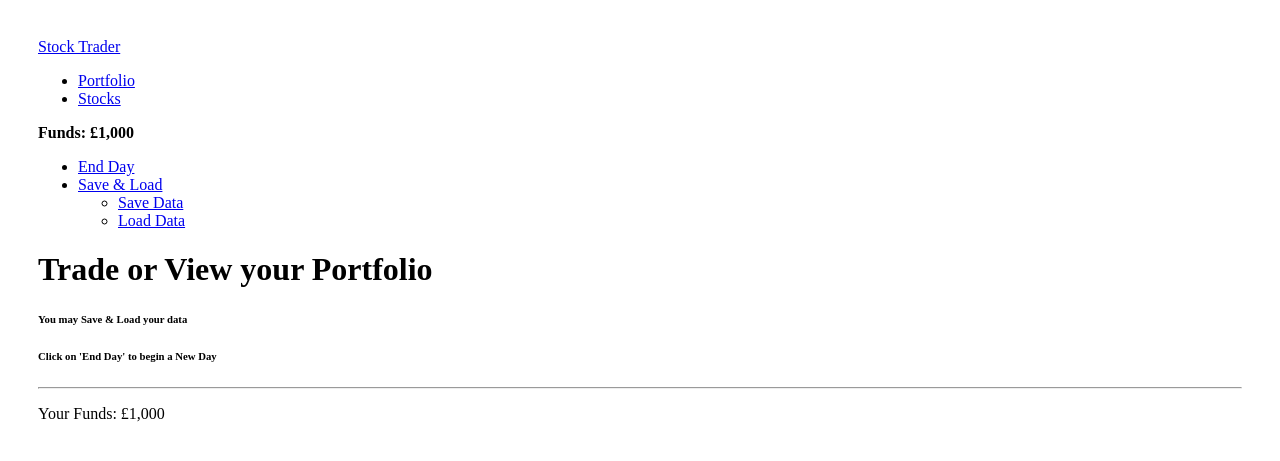
Repository: DaveBaulch/vue-course-stock-trader
Page: /
An editor plug-in stored every save of this project. The page is shown before and after the next save, followed by the edit.
The browser window is 1280 px wide. The pictures show the whole page.
The project was rebuilt for these pictures with package versions that can differ from the ones it lists, and the page was loaded fresh each time. Also part of the build but not shown: webpack.config.js, src/components/portfolio/Stock.vue, src/components/portfolio/Portfolio.vue, src/components/stocks/Stock.vue, src/components/stocks/Stocks.vue.

Above is the page before, as saved 2021-01-25 13:47:49.

After the next save:
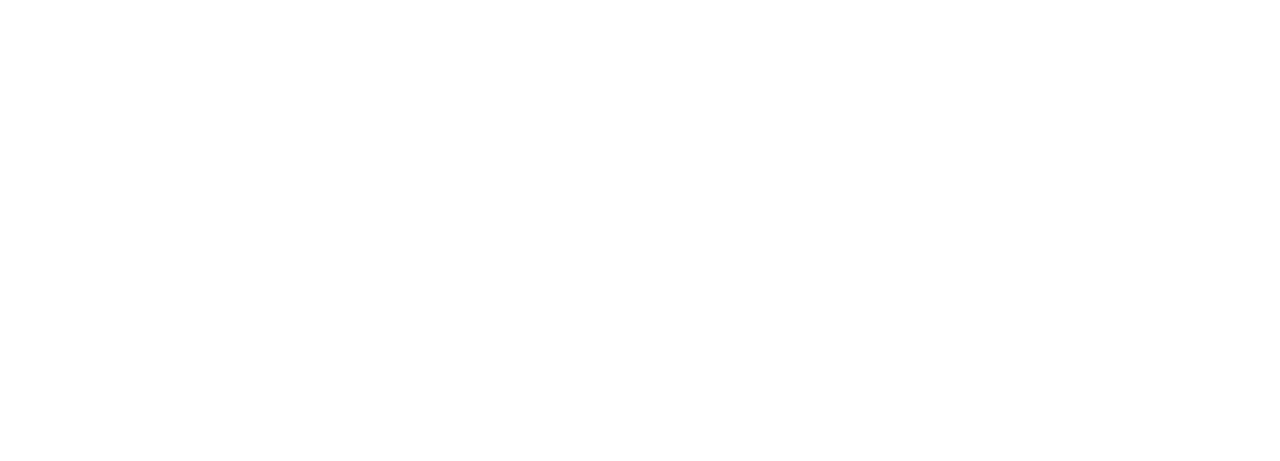
Console error: ReferenceError: methods is not defined
Saved 72 s later.
--- a/src/components/Header.vue
+++ b/src/components/Header.vue
@@ -49,6 +49,7 @@
     funds() {
       return this.$store.getters.funds;
     }
-  }
+  },
+  methods
 };
 </script>

After the 2 saves that followed:
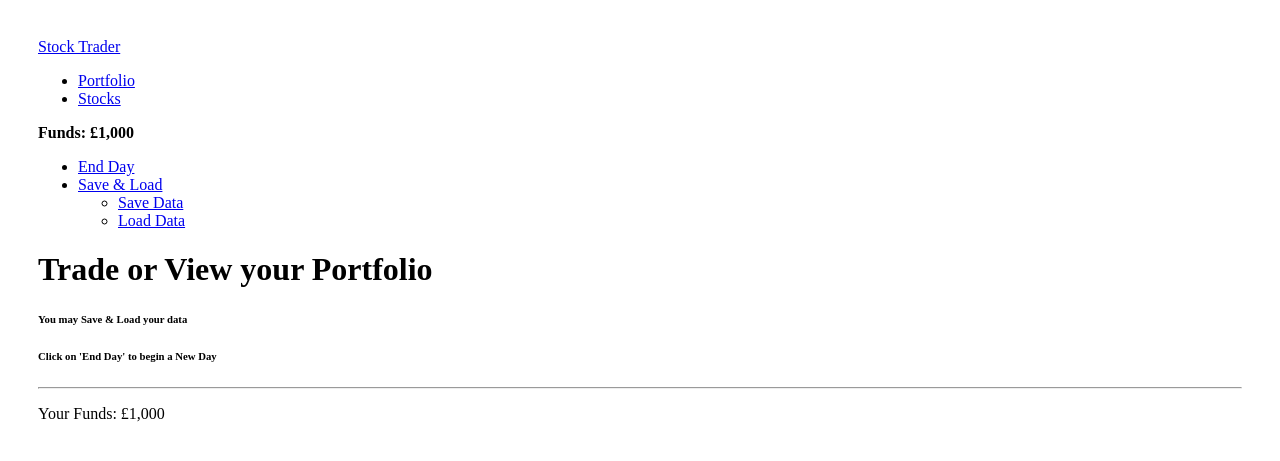
The error is gone.
The 2 saves are shown as one change because they came seconds apart.
The last was saved 7 s later.
--- a/src/components/Header.vue
+++ b/src/components/Header.vue
@@ -50,6 +50,10 @@
       return this.$store.getters.funds;
     }
   },
-  methods
+  methods: {
+    endDay() {
+
+    }
+  }
 };
 </script>
